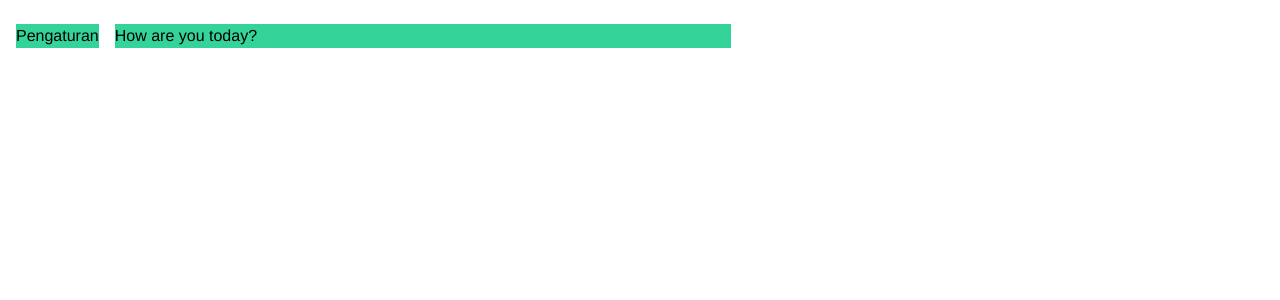
Repository: fahmiegerton/imgwatermark
Page: /
These files come from the project's save history. The page is drawn as it stood at one moment and after the next save; the edit follows.
The browser window is 1280 px wide. The pictures show the whole page.
The project was rebuilt for these pictures with package versions that can differ from the ones it lists, and the page was loaded fresh each time. Also part of the build but not shown: vite.config.js.

Above is the page before, as saved 2021-11-12 21:39:16.

### src/App.vue
<script setup>
// This starter template is using Vue 3 <script setup> SFCs
// Check out https://v3.vuejs.org/api/sfc-script-setup.html#sfc-script-setup
// import HelloWorld from './components/HelloWorld.vue'
import Home from './components/Home.vue'
</script>

<template>
  <!-- <img alt="Vue logo" src="./assets/logo.png" /> -->
  <Home msg="Hello Vue 3 + Vite" />
</template>

<style>
#app {
  font-family: Avenir, Helvetica, Arial, sans-serif;
  -webkit-font-smoothing: antialiased;
  -moz-osx-font-smoothing: grayscale;
  /* text-align: center; */
  /* color: #2c3e50;
  margin-top: 60px; */
}
</style>

### src/components/Home.vue
<template lang="pug">
.container.mx-auto.p-4
	.flex.flex-wrap.-mx-2.overflow-hidden
		div(class="w-auto overflow-hidden sm:my-2 sm:px-2")
			.card.shadow-2xl.bg-green-400
				.card-body
					.card-title
						h1 Pengaturan
		div(class="w-1/2 overflow-hidden sm:my-2 sm:px-2")
			.bg-green-400
				h1 {{text}}
</template>

<script setup>
// import { ref } from 'vue'

defineProps({
	msg: String
})

let text = 'How are you today?'

// const count = ref(0)
</script>

Loaded but not shown: index.html (common file); src/main.js (common file); src/assets/index.css (common file); tailwind.config.js (common file)

After the next save:
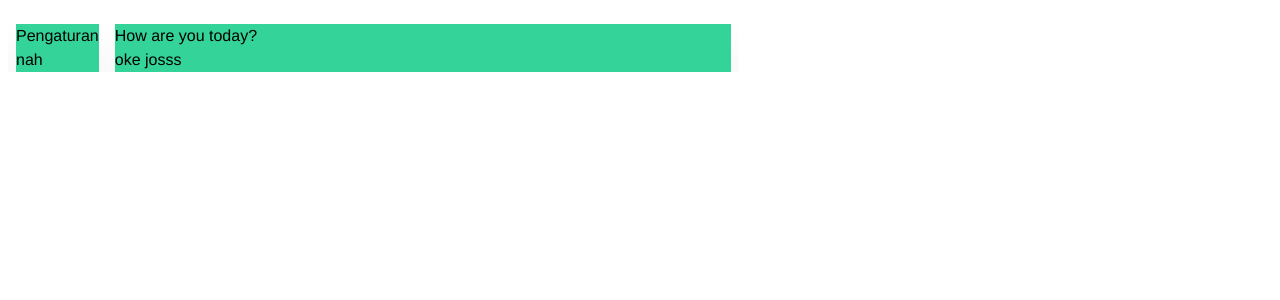
Saved 49 s later.
--- a/src/components/Home.vue
+++ b/src/components/Home.vue
@@ -3,12 +3,16 @@
 	.flex.flex-wrap.-mx-2.overflow-hidden
 		div(class="w-auto overflow-hidden sm:my-2 sm:px-2")
 			.card.shadow-2xl.bg-green-400
+				.card-title
+					h1 Pengaturan
 				.card-body
-					.card-title
-						h1 Pengaturan
+					p nah
 		div(class="w-1/2 overflow-hidden sm:my-2 sm:px-2")
-			.bg-green-400
-				h1 {{text}}
+			.card.shadow-2xl.bg-green-400
+				.card-title
+					h1 {{text}}
+				.card-body
+					p oke josss
 </template>
 
 <script setup>
